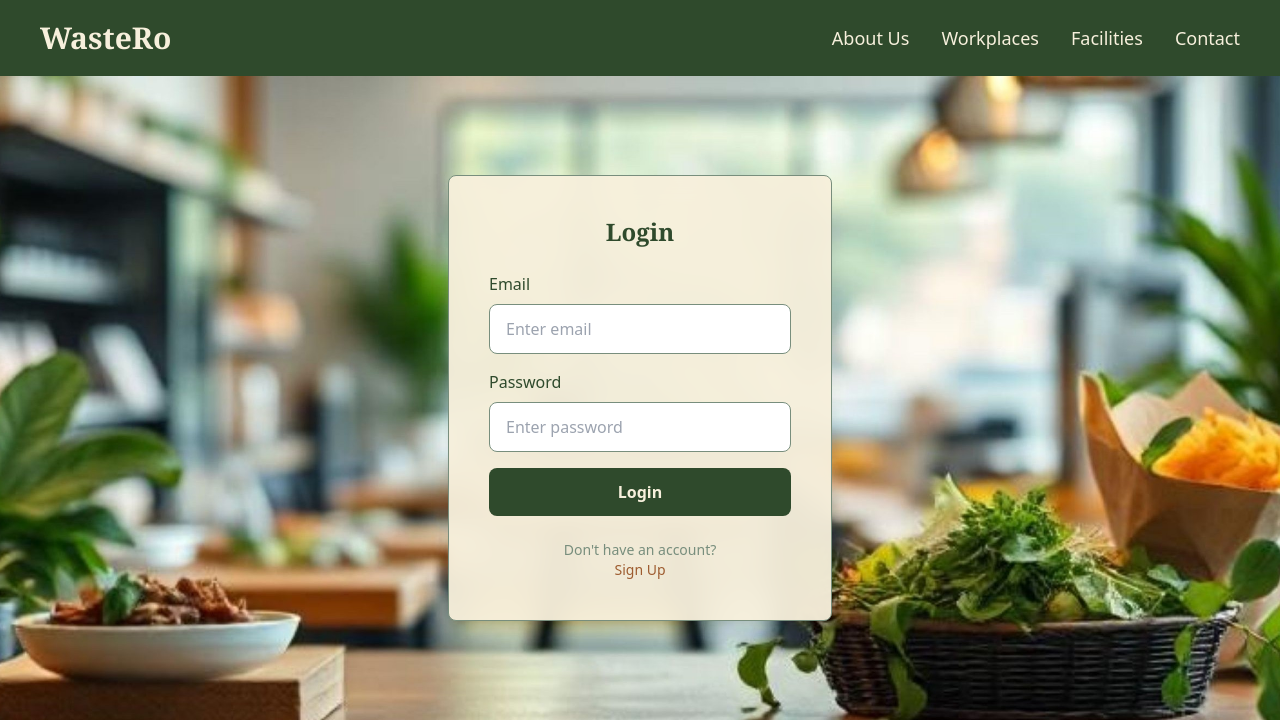
Repository: mahekagrawal25/restaurant-waste-management
Page: frontend/index.html
The author's editor kept a copy of each file at every save. The page is drawn from the files as they stood at one save, then again after the next save.
The browser window is 1280 px wide. The pictures show the whole page.
Some web libraries are served in a nearby version.

Above is the page before, as saved 2025-04-26 12:48:18.
Console error: TypeError: Cannot read properties of null (reading 'getElementsByTagName')

### frontend/index.html
<!DOCTYPE html>
<html lang="en">
  <head>
    <meta charset="UTF-8" />
    <meta name="viewport" content="width=device-width, initial-scale=1.0" />
    <title>Restaurant Waste Management</title>
    <script src="https://cdn.tailwindcss.com"></script>
    <script>
      tailwind.config = {
        theme: {
          extend: {
            colors: {
              forest: "#2F4A2C",
              sage: "#788E7D",
              cream: "#F7F0DC",
              terracotta: "#9E5C30",
              brightorange: "#F5971D"
            },
            fontFamily: {
              cambria: ["Cambria", "Georgia", "serif"],
            },
          },
        },
      };
    </script>
  </head>
  <body class="bg-cream min-h-screen flex flex-col">

    <!-- Navbar -->
   <!-- Navbar -->
<nav class="bg-forest px-10 py-5 flex justify-between items-center shadow-md">
  <!-- Title -->
  <div class="text-3xl font-bold text-cream font-cambria">
    WasteRo
  </div>

  <!-- Navigation Links -->
  <div class="flex space-x-8 text-cream font-medium text-lg">
    <a href="aboutus.html" class="hover:text-brightorange transition">About Us</a>
    <a href="#" class="hover:text-brightorange transition">Workplaces</a>
    <a href="#" class="hover:text-brightorange transition">Facilities</a>
    <a href="#" class="hover:text-brightorange transition">Contact</a>
  </div>
</nav>


    <!-- Login Page -->
    <div
      id="loginPage"
      class="flex items-center justify-center flex-grow bg-cover bg-center"
      style="background-image: url('./images/restro6.jpg')"
    >
      <div class="bg-cream p-10 rounded-lg shadow-xl w-96 border border-sage backdrop-blur-md bg-opacity-95">

        <h2 class="text-2xl font-bold text-center text-forest mb-6 font-cambria">Login</h2>

        <form id="loginForm">
          <label class="block mb-2 font-medium text-forest">Email</label>
          <input
            type="email"
            id="email"
            class="w-full px-4 py-3 border border-sage rounded-lg focus:outline-none focus:ring-2 focus:ring-brightorange mb-4"
            placeholder="Enter email"
            required
          />

          <label class="block mb-2 font-medium text-forest">Password</label>
          <input
            type="password"
            id="password"
            class="w-full px-4 py-3 border border-sage rounded-lg focus:outline-none focus:ring-2 focus:ring-brightorange mb-4"
            placeholder="Enter password"
            required
          />

          <button
            type="submit"
            class="w-full bg-forest text-cream py-3 rounded-lg hover:bg-terracotta transition font-semibold"
          >
            Login
          </button>

          <p id="message" class="mt-3 text-center text-sm text-red-500"></p>
        </form>

        <p class="mt-6 text-center text-sage text-sm">
          Don't have an account? <br />
          <a href="signup.html" class="text-terracotta font-medium hover:underline">Sign Up</a>
        </p>
      </div>
    </div>

    <script src="script.js"></script>
  </body>
</html>

### frontend/script.js
// 🌟 DOMContentLoaded event
document.addEventListener("DOMContentLoaded", () => {
  const token = localStorage.getItem("token");
  const userName = localStorage.getItem("username") || "User";
  const isDashboard = window.location.pathname.includes("dashboard.html");
  const isLogin = window.location.pathname.includes("index.html");
  const userId = localStorage.getItem("id");

  // ✅ Display username dynamically
  const userNameElement = document.getElementById("userName");
  if (userNameElement) userNameElement.textContent = userName;

  // ✅ Redirect logic based on token
  handleRedirection(token, isDashboard, isLogin);

  // ✅ Load dashboard data if logged in
  if (isDashboard && token) {
    loadDashboardData(token);
  }
});

// 🚀 Reusable redirection handler
function handleRedirection(token, isDashboard, isLogin) {
  if (!token && isDashboard) {
    console.log("No token, redirecting to login...");
    window.location.href = "index.html";
  } else if (token && isLogin) {
    console.log("User already logged in, redirecting to dashboard...");
    window.location.href = "restaurant_dashboard.html";
  }
}

// 🔥 Load dashboard data with error handling
async function loadDashboardData(token) {
  const activitiesTableBody = document.getElementById("activitiesTableBody");

  if (!activitiesTableBody) {
    console.error("Error: Couldn't find the activities table");
    return;
  }

  try {
    activitiesTableBody.innerHTML = `
      <tr><td colspan="5" class="loading">Loading activities...</td></tr>
    `;

    const response = await fetch("http://localhost:5000/api/auth/dashboard/activities", {
      method: "GET",
      headers: { Authorization: `Bearer ${token}` }
    });

    if (!response.ok) throw new Error(`HTTP error! status: ${response.status}`);

    const activities = await response.json();
    activitiesTableBody.innerHTML = "";

    if (activities.length === 0) {
      activitiesTableBody.innerHTML = `<tr><td colspan="5">No recent activities found</td></tr>`;
      return;
    }

    activities.forEach(activity => {
      const row = document.createElement("tr");
      const date = new Date(activity.created_at).toLocaleDateString();

      if (activity.type === 'waste') {
        row.innerHTML = `
          <td>🗑️ Waste</td>
          <td>${activity.description}</td>
          <td>${activity.category}</td>
          <td>${activity.quantity} ${activity.category === 'Food' ? 'kg' : 'units'}</td>
          <td>${date}</td>
        `;
      } else if (activity.type === 'donation') {
        row.innerHTML = `
          <td>♻️ Donation</td>
          <td>${activity.description}</td>
          <td>Donor: ${activity.donor_name}</td>
          <td>${activity.quantity} items</td>
          <td>${date}</td>
        `;
      } else if (activity.type === 'collection') {
        row.innerHTML = `
          <td>🚛 Collection</td>
          <td>${activity.description}</td>
          <td>${activity.status}</td>
          <td>-</td>
          <td>${new Date(activity.pickup_date).toLocaleDateString()}</td>
        `;
      }

      activitiesTableBody.appendChild(row);
    });

  } catch (error) {
    console.error("Error loading activities:", error);
    activitiesTableBody.innerHTML = `
      <tr><td colspan="5" class="error">Failed to load activities. Please try again.</td></tr>
    `;
  }
}

// 🌟 Login form submission
document.getElementById("loginForm")?.addEventListener("submit", async (event) => {
  event.preventDefault();

  const email = document.getElementById("email").value.trim();
  const password = document.getElementById("password").value.trim();
  const message = document.getElementById("message");

  try {
    const response = await fetch("http://localhost:5000/api/auth/login", {
      method: "POST",
      headers: { "Content-Type": "application/json" },
      body: JSON.stringify({ email, password })
    });

    const data = await response.json();

    if (response.ok) {
      localStorage.setItem("token", data.token);
      localStorage.setItem("username", data.username);
      localStorage.setItem("role", data.role);
      localStorage.setItem("id", data.id);

      message.textContent = "Login successful! Redirecting...";
      message.classList.remove("text-red-500");
      message.classList.add("text-green-500");

      setTimeout(() => {
        switch (data.role) {
          case "admin":
            window.location.href = "admin_dashboard.html";
            break;
          case "restaurant":
            window.location.href = "restaurant_dashboard.html";
            break;
          case "waste_collector":
            window.location.href = "collector_dashboard.html";
            break;
          case "ngo":
            window.location.href = "ngo_dashboard.html";
            break;
          default:
            alert("Unknown role. Contact support.");
        }
      }, 1500);
    } else {
      message.textContent = data.message || "Invalid credentials.";
      message.classList.remove("text-green-500");
      message.classList.add("text-red-500");
    }
  } catch (error) {
    console.error("Server error:", error);
    message.textContent = "Server error. Please try again later.";
    message.classList.remove("text-green-500");
    message.classList.add("text-red-500");
  }
});

// 🚀 Logout handler
document.getElementById("logoutBtn")?.addEventListener("click", () => {
  localStorage.clear();
  window.location.href = "index.html";
});

// ✅ Signup form submission
document.getElementById("signupForm")?.addEventListener("submit", async (event) => {
  event.preventDefault();

  const username = document.getElementById("username").value.trim();
  const email = document.getElementById("email").value.trim();
  const password = document.getElementById("password").value.trim();
  const role = document.getElementById("role").value;
  const message = document.getElementById("signupMessage");

  if (!username || !email || !password || !role) {
    message.textContent = "All fields are required.";
    message.classList.add("text-red-500");
    return;
  }

  try {
    const response = await fetch("http://localhost:5000/api/auth/signup", {
      method: "POST",
      headers: { "Content-Type": "application/json" },
      body: JSON.stringify({ username, email, password, role })
    });

    const data = await response.json();

    if (response.ok) {
      message.textContent = "Signup successful! Redirecting to login...";
      message.classList.remove("text-red-500");
      message.classList.add("text-green-500");

      setTimeout(() => {
        window.location.href = "index.html";
      }, 1500);
    } else {
      message.textContent = data.message || "Signup failed. Please try again.";
      message.classList.add("text-red-500");
    }
  } catch (error) {
    console.error("Server error:", error);
    message.textContent = "Server error. Please try again later.";
    message.classList.add("text-red-500");
  }
});

// ✅ Waste form submission
document.getElementById('wasteForm')?.addEventListener('submit', async (event) => {
  event.preventDefault();

  const description = document.getElementById('description').value.trim();
  const category = document.getElementById('category').value.trim();
  const quantity = document.getElementById('quantity').value.trim();
  const image = document.getElementById('image').value.trim() || null;
  const user_id = localStorage.getItem('id');
  const token = localStorage.getItem('token');

  if (!token) {
    alert('Please log in first.');
    return;
  }

  const formData = { description, category, quantity, image, user_id };

  try {
    const response = await fetch('http://localhost:5000/api/waste/addWaste', {
      method: 'POST',
      headers: {
        'Content-Type': 'application/json',
        'Authorization': `Bearer ${token}`
      },
      body: JSON.stringify(formData),
    });

    const data = await response.json();

    if (response.ok) {
      alert('✅ Waste added successfully!');
      document.getElementById('wasteForm').reset();
    } else {
      alert(`❌ Error: ${data.message}`);
    }
  } catch (error) {
    console.error('Error submitting waste:', error);
    alert('There was an error submitting the waste.');
  }
});



// ✅ Handle Request Collection Form Submission
document.getElementById("requestCollectionForm")?.addEventListener("submit", async (e) => {
  e.preventDefault();
  const token = localStorage.getItem("token");
  const statusMsg = document.getElementById("statusMsg");

  const waste_entry_id = document.getElementById("waste_entry_id").value;
  const description = document.getElementById("description").value.trim();

  try {
    const res = await fetch("http://localhost:5000/api/request-collection", {
      method: "POST",
      headers: {
        "Content-Type": "application/json",
        Authorization: `Bearer ${token}`,
      },
      body: JSON.stringify({ waste_entry_id, description }),
    });

    const data = await res.json();

    if (res.ok) {
      statusMsg.textContent = data.message;
      statusMsg.className = "status-msg success";
      document.getElementById("requestCollectionForm").reset();
    } else {
      statusMsg.textContent = data.message;
      statusMsg.className = "status-msg error";
    }
  } catch (err) {
    console.error("Error submitting request:", err);
    statusMsg.textContent = "Something went wrong.";
    statusMsg.className = "status-msg error";
  }
});

// ✅ Populate dropdown with user's waste entries
document.addEventListener("DOMContentLoaded", async () => {
  const token = localStorage.getItem("token");
  const dropdown = document.getElementById("waste_entry_id");

  if (!dropdown) return;

  try {
    const res = await fetch("http://localhost:5000/api/waste-entries", {
      headers: {
        Authorization: `Bearer ${token}`,
      },
    });

    const data = await res.json();

    if (Array.isArray(data)) {
      data.forEach((entry) => {
        const option = document.createElement("option");
        option.value = entry.id;
        option.textContent = `${entry.id} - ${entry.description}`;
        dropdown.appendChild(option);
      });
    }
  } catch (err) {
    console.error("Error loading waste entries:", err);
  }
});






// ✅ Handle Donate Food Form Submission
document.getElementById("foodDonationForm")?.addEventListener("submit", async (e) => {
  e.preventDefault();
  const token = localStorage.getItem("token");
  const statusMsg = document.getElementById("statusMsg");

  const description = document.getElementById("description").value.trim();
  const quantity = parseInt(document.getElementById("quantity").value, 10);
  const donor_name = document.getElementById("donor_name").value.trim();
  const contact = document.getElementById("contact").value.trim();

  try {
    const res = await fetch("http://localhost:5000/api/food-donations", {
      method: "POST",
      headers: {
        "Content-Type": "application/json",
        Authorization: `Bearer ${token}`,
      },
      body: JSON.stringify({
        description,
        quantity,
        donor_name,
        contact,
      }),
    });

    const data = await res.json();

    if (res.ok) {
      statusMsg.textContent = data.message || "Donation submitted successfully!";
      statusMsg.className = "status-msg success";
      document.getElementById("foodDonationForm").reset();
    } else {
      statusMsg.textContent = data.message || "Failed to submit donation.";
      statusMsg.className = "status-msg error";
    }
  } catch (err) {
    console.error("Error submitting donation:", err);
    statusMsg.textContent = "Something went wrong.";
    statusMsg.className = "status-msg error";
  }
});










document.addEventListener("DOMContentLoaded", () => {
  const pickupContainer = document.getElementById("pickupTable").getElementsByTagName('tbody')[0];

  // Fetch pending pickup requests
  async function loadPickupRequests() {
    try {
      const res = await fetch("http://localhost:5000/api/waste-collection/pending", {
        headers: {
          "Authorization": `Bearer ${localStorage.getItem("token")}`,
        },
      });

      if (!res.ok) throw new Error("Failed to fetch pickup requests");

      const pickups = await res.json();
      pickupContainer.innerHTML = ""; // Clear the current table rows

      if (pickups.length === 0) {
        pickupContainer.innerHTML = `<tr><td colspan="6" class="status-msg">No pending pickup requests.</td></tr>`;
        return;
      }

      pickups.forEach((pickup, index) => {
        const row = document.createElement("tr");

        row.innerHTML = `
          <td>${index + 1}</td>
          <td>${pickup.description}</td>
          <td>${pickup.category}</td>
          <td>${pickup.quantity}</td>
          <td>${new Date(pickup.created_at).toLocaleString()}</td>
          <td>
            <button class="btn-collect" data-id="${pickup.id}">
              Mark as Collected
            </button>
          </td>
        `;

        pickupContainer.appendChild(row);
      });
    } catch (err) {
      console.error("Error loading pickup requests:", err);
      pickupContainer.innerHTML = `<tr><td colspan="6" class="status-msg error">Unable to load pickup requests.</td></tr>`;
    }
  }


  // Mark as Collected
 // Mark as Collected
pickupContainer.addEventListener("click", async (e) => {
  if (e.target.classList.contains("btn-collect")) {
    const id = e.target.dataset.id;

    try {
      const res = await fetch(`http://localhost:5000/api/waste-collection/mark-collected/${id}`, {
        method: "POST",
        headers: {
          "Content-Type": "application/json",
          "Authorization": `Bearer ${localStorage.getItem("token")}`,
        },
      });

      if (!res.ok) {
        const errorData = await res.json();
        alert(errorData.message || "Failed to update status");
        return;
      }

      const data = await res.json();
      alert(data.message || "Marked as collected!");
      loadPickupRequests(); // Refresh list
    } catch (err) {
      console.error("Error marking as collected:", err);
      alert("Server error occurred");
    }
  }
});

  loadPickupRequests();
});










// ✅ Load Pickup History
async function loadPickupHistory() {
  try {
    const token = localStorage.getItem("token");
    const res = await fetch("http://127.0.0.1:5000/api/waste-collection/history", {

      headers: {
        "Authorization": `Bearer ${token}`
      }
    });

    const data = await res.json();

    const tbody = document.getElementById("pickup-history-body");
    if (!tbody) {
      console.error("pickup-history-body element not found in DOM.");
      return;
    }

    tbody.innerHTML = ""; // Clear previous rows

    data.forEach(entry => {
      const row = document.createElement("tr");
      row.innerHTML = `
        <td>${entry.id}</td>
        <td>${entry.description}</td>
        <td>${entry.category}</td>
        <td>${entry.quantity}</td>
        <td>${new Date(entry.pickup_date).toLocaleString()}</td>
      `;
      tbody.appendChild(row);
    });

  } catch (err) {
    console.error("Error loading pickup history:", err);
  }
}

// ✅ DOM Ready Hook for Safe Execution
document.addEventListener("DOMContentLoaded", () => {
  if (window.location.pathname.includes("pickup-history.html")) {
    loadPickupHistory();
  }
});














document.addEventListener("DOMContentLoaded", () => {
  const donationContainer = document.getElementById("donationTable").getElementsByTagName('tbody')[0];

  // Fetch pending donation requests
  async function loadDonationRequests() {
    try {
      const res = await fetch("http://localhost:5000/api/food-donations/pending", {
        headers: {
          "Authorization": `Bearer ${localStorage.getItem("token")}`,
        },
      });

      if (!res.ok) throw new Error("Failed to fetch donation requests");

      const donations = await res.json();
      donationContainer.innerHTML = ""; // Clear the current table rows

      if (donations.length === 0) {
        donationContainer.innerHTML = `<tr><td colspan="7" class="status-msg">No pending donation requests.</td></tr>`;
        return;
      }

      donations.forEach((donation, index) => {
        const row = document.createElement("tr");

        row.innerHTML = `
          <td>${index + 1}</td>
          <td>${donation.description}</td>
          <td>${donation.quantity}</td>
          <td>${donation.donor_name}</td>
          <td>${donation.contact}</td>
          <td>${new Date(donation.created_at).toLocaleString()}</td>
          <td>
            <button class="btn-collect" data-id="${donation.id}">
              Mark as Collected
            </button>
          </td>
        `;

        donationContainer.appendChild(row);
      });
    } catch (err) {
      console.error("Error loading donation requests:", err);
      donationContainer.innerHTML = `<tr><td colspan="7" class="status-msg error">Unable to load donation requests.</td></tr>`;
    }
  }

  // Mark as Collected
  donationContainer.addEventListener("click", async (e) => {
    if (e.target.classList.contains("btn-collect")) {
      const id = e.target.dataset.id;

      try {
        const res = await fetch(`http://localhost:5000/api/food-donations/mark-collected/${id}`, {
          method: "POST",
          headers: {
            "Content-Type": "application/json",
            "Authorization": `Bearer ${localStorage.getItem("token")}`,
          },
        });

        if (!res.ok) {
          const errorData = await res.json();
          alert(errorData.message || "Failed to update status");
          return;
        }

        const data = await res.json();
        alert(data.message || "Marked as collected!");
        loadDonationRequests(); // Refresh list
      } catch (err) {
        console.error("Error marking as collected:", err);
        alert("Server error occurred");
      }
    }
  });

  loadDonationRequests();
});












async function loadDonationHistory() {
  const token = localStorage.getItem("token");
  if (!token) {
    alert("Please log in first.");
    window.location.href = "login.html";
    return;
  }

  try {
    const res = await fetch("http://localhost:5000/api/food-donations/history", {
      headers: {
        "Authorization": `Bearer ${token}`
      }
    });

    if (!res.ok) throw new Error("Failed to fetch donation history");

    const data = await res.json();
    const tbody = document.getElementById("donation-history-body");
    tbody.innerHTML = "";

    if (data.length === 0) {
      tbody.innerHTML = `<tr><td colspan="8" style="text-align:center; color: #666;">No donation history found.</td></tr>`;
    }

    data.forEach(entry => {
      const row = document.createElement("tr");
      row.innerHTML = `
        <td>${entry.id}</td>
        <td>${entry.description}</td>
        <td>${entry.quantity}</td>
        <td>${entry.donor_name}</td>
        <td>${entry.contact}</td>
        <td>${new Date(entry.created_at).toLocaleString()}</td>
        <td class="${entry.status === 'collected' ? 'status-collected' : 'status-pending'}">${entry.status}</td>
        <td>${entry.collected_by || '-'}</td>
      `;
      tbody.appendChild(row);
    });


  } catch (error) {
    console.error("Error loading donation history:", error);
  }
}

// Auto-load when on donation-history.html
if (window.location.pathname.includes("donation-history.html")) {
  window.addEventListener("DOMContentLoaded", loadDonationHistory);
}

After the next save:
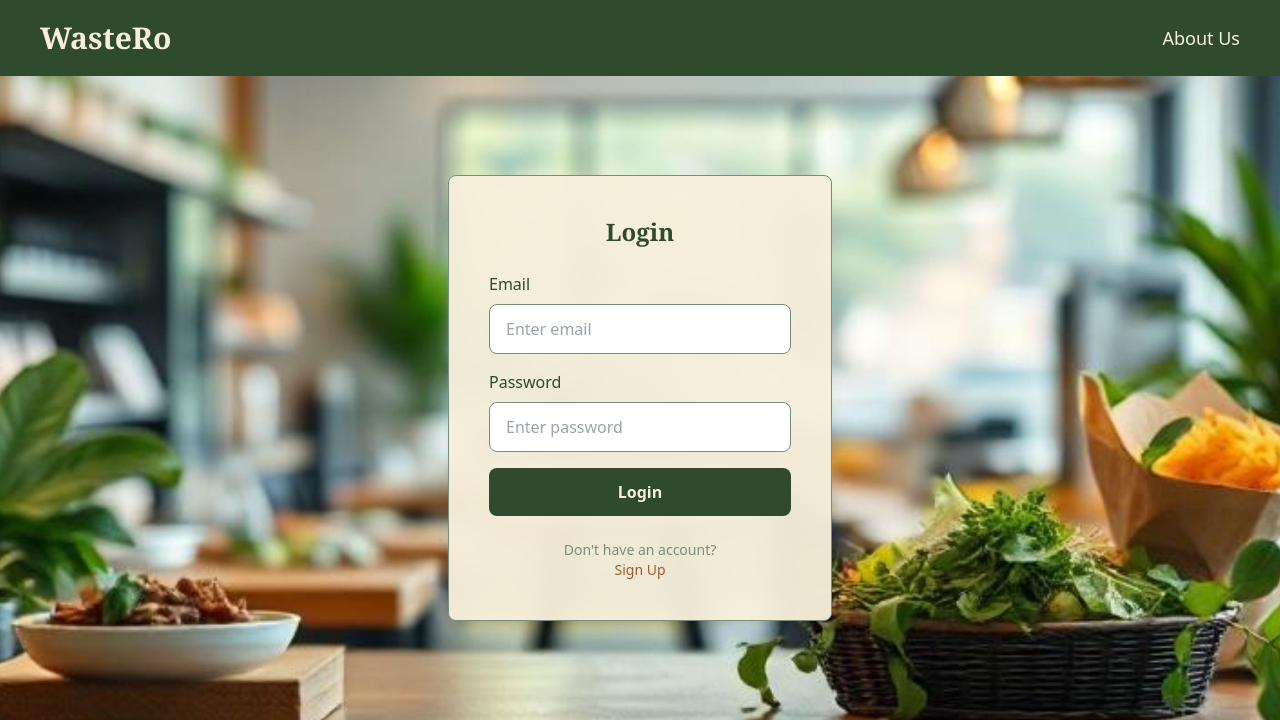
Saved 13 s later.
--- a/frontend/index.html
+++ b/frontend/index.html
@@ -37,9 +37,7 @@
   <!-- Navigation Links -->
   <div class="flex space-x-8 text-cream font-medium text-lg">
     <a href="aboutus.html" class="hover:text-brightorange transition">About Us</a>
-    <a href="#" class="hover:text-brightorange transition">Workplaces</a>
-    <a href="#" class="hover:text-brightorange transition">Facilities</a>
-    <a href="#" class="hover:text-brightorange transition">Contact</a>
+
   </div>
 </nav>
 
